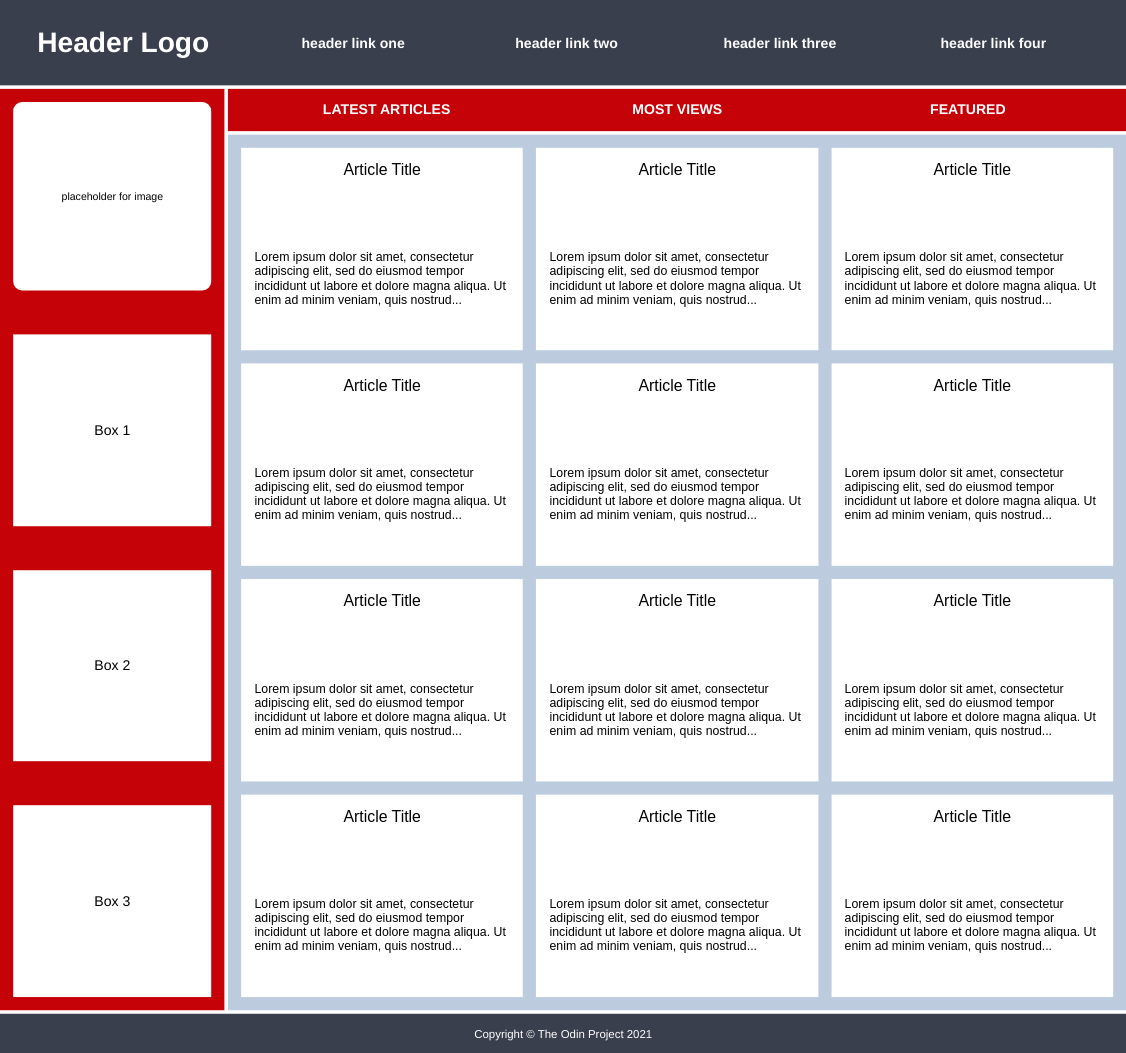
Repository: gkintu/css-exercises
Page: intermediate-html-css/advanced-grid/02-holy-grail-mockup/index.html
An editor plug-in stored every save of this project. The page is shown before and after the next save, followed by the edit.
The browser window is 1280 px wide. The pictures show the whole page, at 88% of full size.

Above is the page before, as saved 2025-03-04 11:15:04.

After the next save:
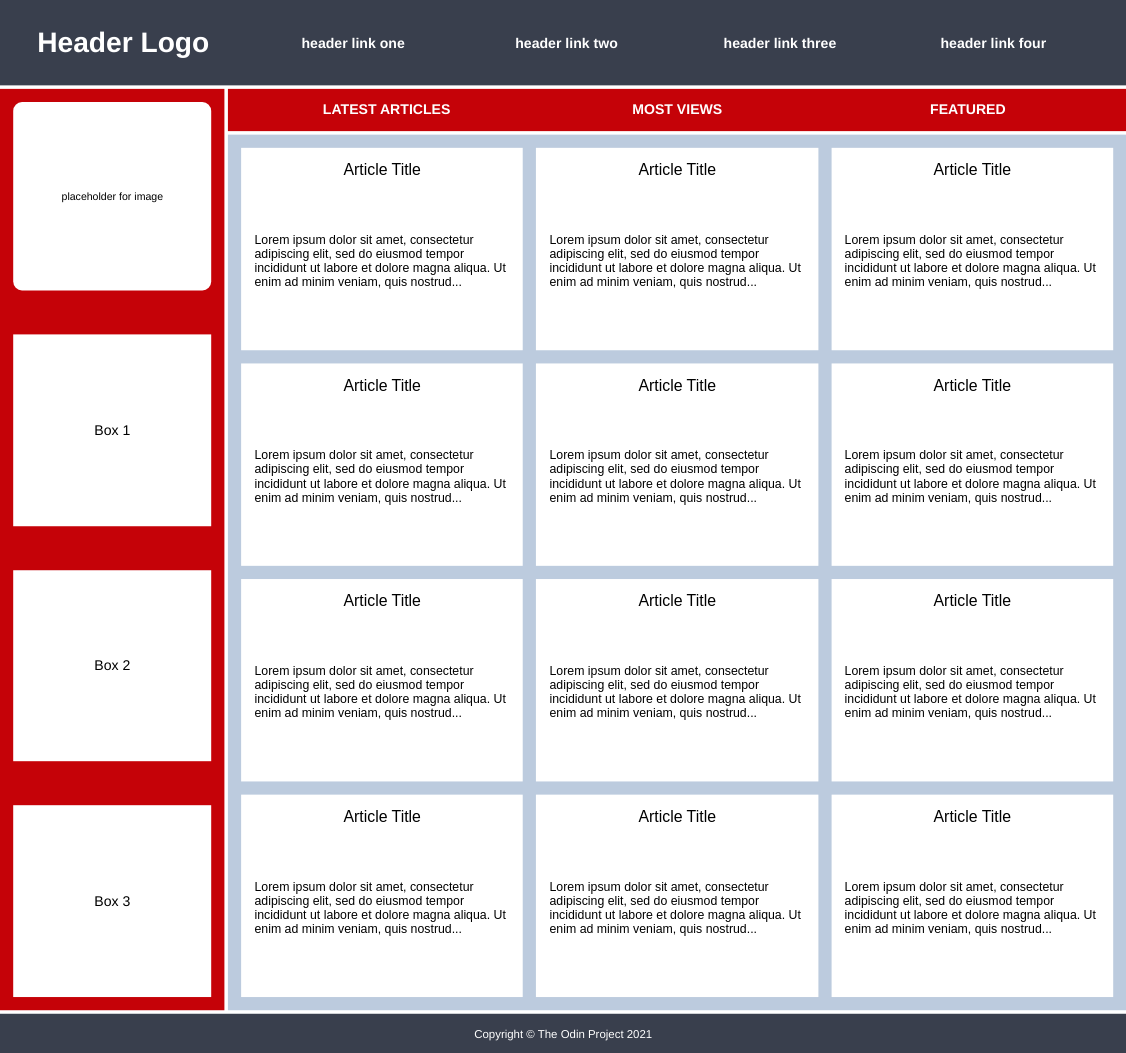
Saved 5 s later.
--- a/intermediate-html-css/advanced-grid/02-holy-grail-mockup/style.css
+++ b/intermediate-html-css/advanced-grid/02-holy-grail-mockup/style.css
@@ -111,7 +111,7 @@
 .card {
   height: 200px;
   display:grid;
-  gap:45px;
+  gap:5px;
 }
 
 .article p {
